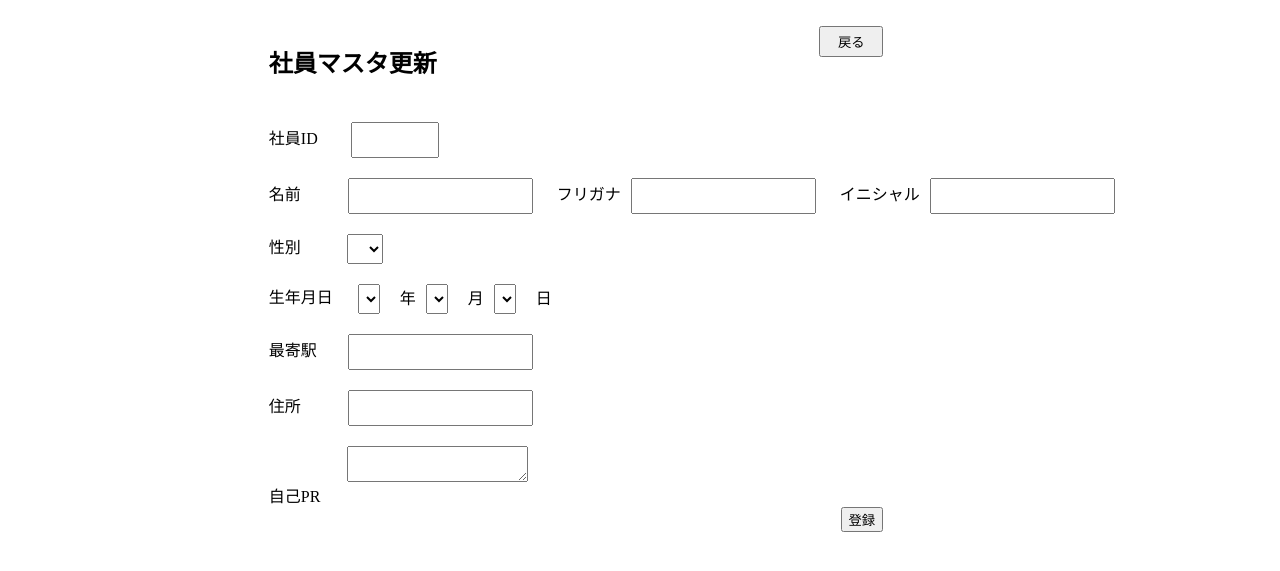
Repository: nguyenvantandev/WebApp
Page: http://localhost/EmployeeInfoSystem/EmployeeUpdate.jsp
These files come from the project's save history. The page is drawn as it stood at one moment and after the next save; the edit follows.
The browser window is 1280 px wide. The pictures show the whole page.
The page is served by Tomcat 9. Other server files are loaded and not shown.

Above is the page before, as saved 2016-05-31 08:23:35.

### EmployeeInfoSystem/WebContent/EmployeeUpdate.jsp
<%@ page language="java" contentType="text/html; charset=UTF-8"
    pageEncoding="UTF-8"%>
<!DOCTYPE html PUBLIC "-//W3C//DTD HTML 4.01 Transitional//EN" "http://www.w3.org/TR/html4/loose.dtd">
<html>
<head>
<meta http-equiv="Content-Type" content="text/html; charset=UTF-8">
<link rel="stylesheet" type="text/css" href="css/EmployeeUpdate.css">
<script type="text/javascript" src="js/EmployeeUpdate.js"></script>
<title>社員マスタ更新画面</title>
</head>
<body>

<input type="hidden" name="shainNum" id="shaiNum" value="<%=request.getAttribute("shaiNum")%>">
<form action="ShainMasterUpdate" method="post" id="employeeUpdate" name="employeeUpdate">
	<input type="button" id="modoru" name="modoru" value="戻る"><br>
	<h2><b>社員マスタ更新</b></h2>
	<span id="id">社員ID</span><input type="text" id="shainId" name="shainId" value=""><br>
	<span id="name">名前</span><input type="text" id="namae" name="namae" value="">
	<span id="furiname">フリガナ</span><input type="text" id="furigana" name="furigana" value="">
	<span id="shortname">イニシャル</span><input type="text" id="inisharu" name="inisharu"value=""><br>
	<span id="sex">性別</span>
	<select id="sebetsu" name="sebetsu">
	<option></option>
	<option>男</option>
	<option>女</option>
	</select><br>
	<span id="birthday">生年月日</span><select id="year" name="year"></select><span>年</span><select id="month" name="month"></select><span>月</span><select id="day" name="day"></select><span>日</span><br>
	<span id="station">最寄駅</span><input type="text" id="saiyorieki" name="saiyorieki" value=""><br>
	<span id="address">住所</span><input type="text" id="jusho" name="jusho" value=""><br>
	<span id="pr">自己PR</span><textarea id="jikopr" name="jikopr"></textarea><br>
	<input type="button" id="addUpdate" name="addUpdate" value="登録">

</form>
</body>
</html>

### EmployeeInfoSystem/WebContent/css/EmployeeUpdate.css
@CHARSET "UTF-8";

body {
	    margin-left: 21%;
    margin-right: 10%;
    margin-top: 2%;
}
h2 {
	    margin-bottom: 43px;
    margin-top: 0px;
}
#modoru{
	right: 31%;
	position: absolute;
	    width: 64px;
    height: 31px;
}
#id {
	margin-right: 33px;
}
#name{
	    margin-right: 47px;
}
#furiname, #shortname{
    margin-right: 10px;
    margin-left: 20px;
}
#sex{
	margin-right: 42px;
}
#birthday{
	margin-right: 15px;
}
#station{
	    margin-right: 31px;
}
#address{
	    margin-right: 47px;
}
#pr{
	margin-right: 27px;
}

#addUpdate{
	right: 31%;
	position: absolute;
}
#shainId, #namae, #sebetsu, #year, #month, #day, #saiyorieki, #jusho, #jikopr ,#furigana, #inisharu{
    margin-bottom: 20px;
    height: 30px;
}
#year, #month, #day{
	    margin-right: 20px;
    margin-left: 10px;
}
#shainId{
	    width: 80px;

}

### EmployeeInfoSystem/WebContent/js/EmployeeUpdate.js
function employeeUpdate_load() {
	/*
	 * 生年月日 日付設定 ↓
	 */
	var nowyear = new Date().getFullYear();
	var startyear = 2020;
	var endyear = 1950;
	var optionsyear = "";
	for (var year = startyear; year >= endyear; year--) {
		optionsyear += "<option>" + year + "</option>";
	}
	document.getElementsByName("year")[0].innerHTML = optionsyear;
	$('#year').val("");
	// month
	var startmonth = 1;
	var endmonth = 12;
	var optionsmonth = "";
	for (var month = startmonth; month <= endmonth; month++) {
		if (month <= 9) {
			month = "0" + month.toString();
		}
		optionsmonth += "<option>" + month + "</option>";
	}
	document.getElementsByName("month")[0].innerHTML = optionsmonth;
	$('#month').val("");
	// day
	var startday = 1;
	var endday = 31;
	var optionsday = "";
	for (var day = startday; day <= endday; day++) {
		if (day <= 9) {
			day = "0" + day.toString();
		}
		optionsday += "<option>" + day + "</option>";
	}
	document.getElementsByName("day")[0].innerHTML = optionsday;
	$('#day').val("");
	/*
	 * 生年月日 日付設定 ↑
	 */

	/*
	 * 社員マスタ検索画面から取得した値 ↓
	 */
	var shainId_search = document.getElementById("shainId_search").value;
	document.getElementById("shainId_search").value = shainId_search;
	var namae_search = document.getElementById("namae_search").value;
	document.getElementById("namae_search").value = namae_search;
	var sebetsu_search = document.getElementById("sebetsu_search").value;
	document.getElementById("sebetsu_search").value = sebetsu_search;
	var sakujo_search = document.getElementById("sakujo_search").value;
	document.getElementById("sakujo_search").value = sakujo_search;
	var shainNum = document.getElementById("shainNum").value;
	document.getElementById("shainNum").value = shainNum;
	/*
	 * 社員マスタ検索画面から取得した値 ↑
	 */

	/*
	 * 社員マスタ検索画面で「新規追加」ボタンを押下場合 ↓
	 */
	var shainId = document.getElementById("shainId").value;
	if (shainId == "null") {
		document.getElementById("shainId").value = "";
	} else {
		document.getElementById("shainNum").value = shainId
		document.getElementById("shainId").disabled = true;
		document.getElementById("shainId").value = shainId;
	}

	var namae = document.getElementById("namae").value;
	if (namae == "null") {
		document.getElementById("namae").value = "";
	} else {
		document.getElementById("namae").value = namae;
	}

	var furigana = document.getElementById("furigana").value;
	if (furigana == "null") {
		document.getElementById("furigana").value = "";
	} else {
		document.getElementById("furigana").value = furigana;
	}

	var inisharu = document.getElementById("inisharu").value;
	if (inisharu == "null") {
		document.getElementById("inisharu").value = "";
	} else {
		document.getElementById("inisharu").value = inisharu;
	}

	var saiyorieki = document.getElementById("saiyorieki").value;
	if (saiyorieki == "null") {
		document.getElementById("saiyorieki").value = "";
	} else {
		document.getElementById("saiyorieki").value = saiyorieki;
	}

	var jusho = document.getElementById("jusho").value;
	if (jusho == "null") {
		document.getElementById("jusho").value = "";
	} else {
		document.getElementById("jusho").value = jusho;
	}

	var jikopr = document.getElementById("jikopr").value;
	if (jikopr == "null") {
		document.getElementById("jikopr").value = "";
	} else {
		document.getElementById("jikopr").value = jikopr;
	}

	var sex = document.getElementById("selcect_sex").value;
	if (sex == "null") {
		document.getElementById("sebetsu")[0].innerHTML = "";
	} else {
		document.getElementById("sebetsu")[0].innerHTML = sex;
	}

	var birth_year = document.getElementById("birth_year").value;
	if (birth_year == "null") {
		$('#year').val("");
	} else {
		$('#year').val(birth_year);
	}

	var birth_month = document.getElementById("birth_month").value;
	if (birth_month == "null") {
		$('#month').val("");
	} else {
		$('#month').val(birth_month);
	}

	var birth_day = document.getElementById("birth_day").value;
	if (birth_day == "null") {
		$('#day').val("");
	} else {
		$('#day').val(birth_day);
	}

	/*
	 * 社員マスタ検索画面で「新規追加」ボタンを押下場合 ↑
	 */
	var serverErrorMs = document.getElementById("serverErrorMs").value;
	if (serverErrorMs != "null") {
		document.getElementById("addUpdate").disabled = true;
		alert(serverErrorMs);
		return false;
	}
	var notFind = document.getElementById("conditionVal").value;
	if (notFind != "") {
		alert(notFind);
		document.getElementById("conditionVal").value = "検索画面";
		document.getElementById("employeeUpdate").submit();
	}
	var completeMs = document.getElementById("completeMs").value;
	if (completeMs != "null") {
		alert(completeMs);
	}
	if (shainNum != "null") {
		document.getElementById("conditionVal").value = "初期表示";
		document.getElementById("employeeUpdate").submit();
	} else {
		return false;
	}

}

function modoru_click() {
	document.getElementById("conditionVal").value = "戻る";
	document.getElementById("employeeUpdate").submit();
}

function addUpdate_click() {
	var shainId = document.getElementById("shainId").value;
	if (shainId == "") {
		alert("社員IDが未入力です。");
		return false;
	}
	if (shainId != "") {
		var regex = /^[A-Za-z0-9]+$/;
		if (!shainId.match(regex)) {
			alert("社員IDは半角英数字で入力してください。");
			return false;
		}
	}
	var namae = document.getElementById("namae").value;
	if (namae == "" || namae == " " || namae == "　") {
		alert("名前が未入力です。");
		return false;
	}

	var furigana = document.getElementById("furigana").value;
	if (furigana == "" || furigana == " " || furigana == "　") {
		alert("フリガナが未入力です。");
		return false;
	}
	var inisharu = document.getElementById("inisharu").value;
	if (inisharu == "" || inisharu == " " || inisharu == "　") {
		alert("イニシャルが未入力です。");
		return false;
	}
	var sebetsu = document.getElementById("sebetsu").value;
	if (sebetsu == "") {
		alert("性別が未選択です。");
		return false;
	}
	var year = document.getElementById("year").value;
	if (year == "") {
		alert("生年月日が未選択です。");
		return false;
	}
	var month = document.getElementById("month").value;
	if (month == "") {
		alert("生年月日が未選択です。");
		return false;
	}
	var day = document.getElementById("day").value;
	if (day == "") {
		alert("生年月日が未選択です。");
		return false;
	}
	dt = new Date(year, month - 1, day);
	if (dt.getFullYear() != year || dt.getMonth() != month - 1
			|| dt.getDate() != day) {
		alert("出版年月日が不正です。");
		return false;
	}

	var jusho = document.getElementById("jusho").value;
	if (jusho == "" || jusho == " " || jusho == "　") {
		alert("住所が未入力です。");
		return false;
	}
	var com = confirm("社員を登録/更新してよろしいですか？");
	if (com == true) {
		document.getElementById("conditionVal").value = "登録/更新";
		document.getElementById("shainNum").value = shainId;
		document.getElementById("employeeUpdate").submit();
	} else {
		return false;
	}
}

After the next save:
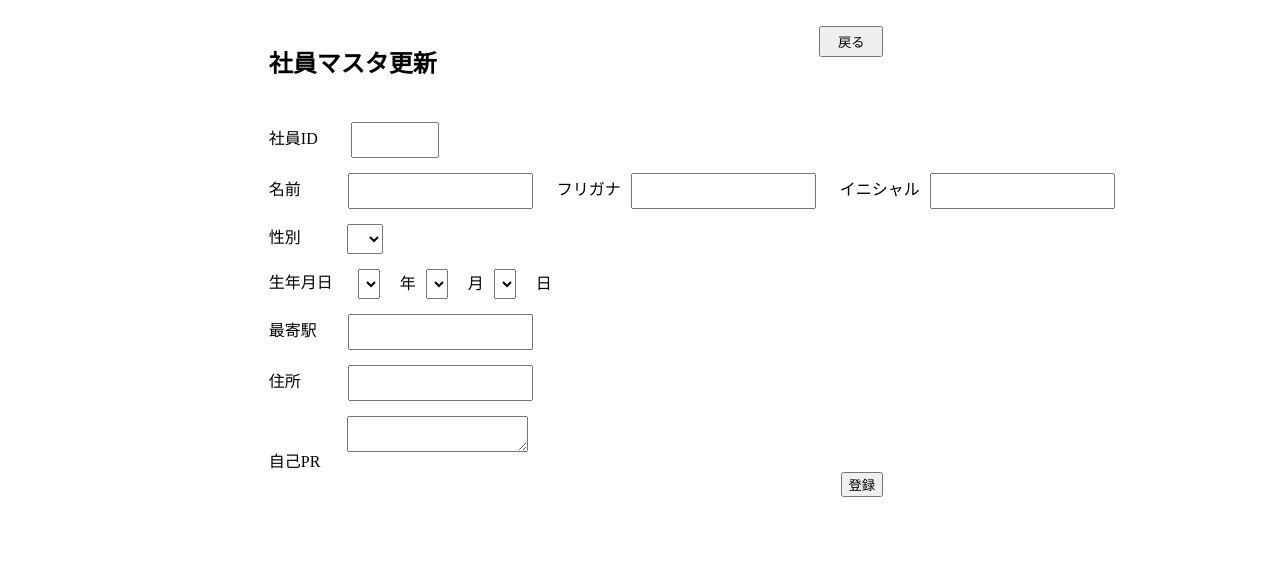
Saved 31 s later.
--- a/EmployeeInfoSystem/WebContent/css/EmployeeUpdate.css
+++ b/EmployeeInfoSystem/WebContent/css/EmployeeUpdate.css
@@ -46,7 +46,7 @@ h2 {
 	position: absolute;
 }
 #shainId, #namae, #sebetsu, #year, #month, #day, #saiyorieki, #jusho, #jikopr ,#furigana, #inisharu{
-    margin-bottom: 20px;
+    margin-bottom: 15px;
     height: 30px;
 }
 #year, #month, #day{
